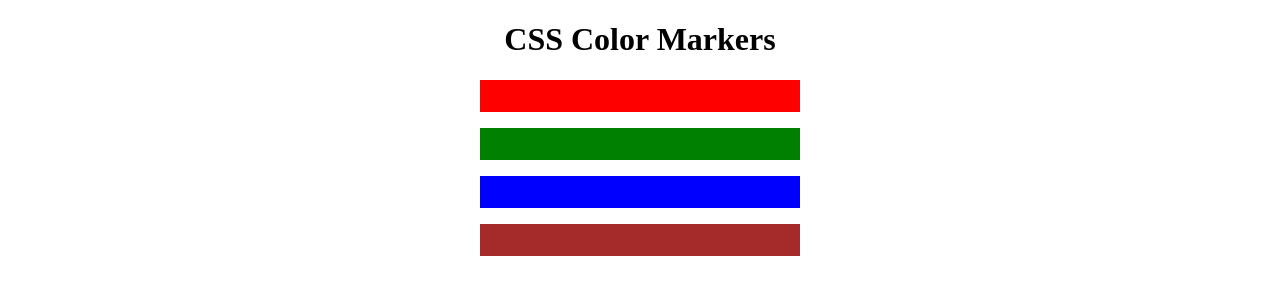
Repository: Lungdjos/color_markers
Page: index.html
An editor plug-in stored every save of this project. The page is shown before and after the next save, followed by the edit.
The browser window is 1280 px wide. The pictures show the whole page.

Above is the page before, as saved 2023-09-13 11:06:42.

After the next save:
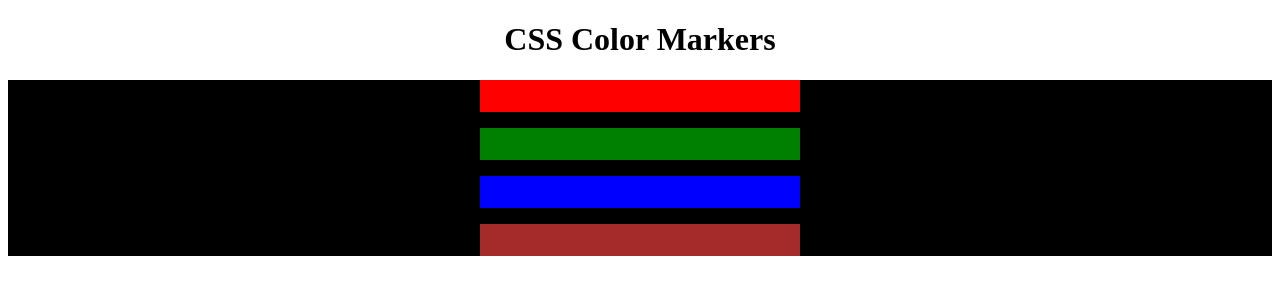
Saved 8 s later.
--- a/styles.css
+++ b/styles.css
@@ -28,5 +28,5 @@
 }
 
 .container {
-    background-color: rgb(0, 0, blue);
+    background-color: rgb(0, 0, 0);
 }
